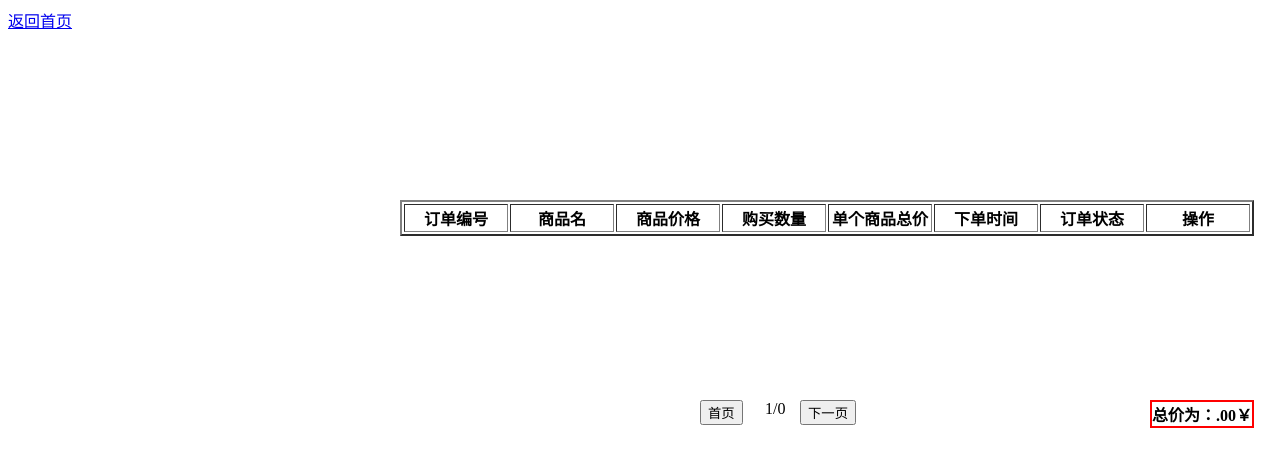
Repository: Gale-student/Gale-student.github.io
Page: http://localhost/weshop/OrdersDetailUnpaidQueryServlet
These files come from the project's save history. The page is drawn as it stood at one moment and after the next save; the edit follows.
The browser window is 1280 px wide. The pictures show the whole page.
The page is served by Tomcat 9. Other server files are loaded and not shown. Queries for data that is not in the repository find no rows.

Above is the page before, as saved 2022-10-05 13:14:54.

### WeShop/weshop/WebRoot/WEB-INF/jsp/OrdersUnpaidQueryOfUser.jsp
<%@ page language="java" import="java.util.*,com.company.entity.*" pageEncoding="utf-8"%>
<%
String path = request.getContextPath();
String basePath = request.getScheme()+"://"+request.getServerName()+":"+request.getServerPort()+path+"/";
%>

<!DOCTYPE HTML PUBLIC "-//W3C//DTD HTML 4.01 Transitional//EN">
<html>
  <head>
    <base href="<%=basePath%>">

    <title>My JSP 'OrdersUnpaidQueryOfUser.jsp' starting page</title>

	<meta http-equiv="pragma" content="no-cache">
	<meta http-equiv="cache-control" content="no-cache">
	<meta http-equiv="expires" content="0">
	<meta http-equiv="keywords" content="keyword1,keyword2,keyword3">
	<meta http-equiv="description" content="This is my page">
	<!--
	<link rel="stylesheet" type="text/css" href="styles.css">
	-->
  <%
      List<OrdersDetail> ordersDetailList = (List<OrdersDetail>)request.getAttribute("ordersDetailList");

      int currentPage = (Integer) session.getAttribute("currentPage");
      int allPage = (Integer) session.getAttribute("allPage");

      String upPage = "上一页";
      String downPage = "下一页";
      if(currentPage == 1){
         upPage = "首页";
      }
      if(currentPage == allPage){
         downPage = "尾页";
      }

      String totalPrice = (String) request.getAttribute("totalPrice");
      if(totalPrice == null){
         totalPrice = "";
      }
   %>
    <style type="text/css">
     th{
        width: 100px;
     }
     td{
        width: 100px;
     }
   </style>
  </head>

  <body>
   <a href="ShoppingHomePage.jsp">返回首页</a>
    <table style="position: absolute; left: 400px; top: 200px; text-align: center;" border="2" cellspacing="2">
       <tr>
          <th>订单编号</th>
          <th>商品名</th>
          <th>商品价格</th>
          <th>购买数量</th>
          <th>单个商品总价</th>
          <th>下单时间</th>
          <th>订单状态</th>
          <th>操作</th>
       </tr>
       <%for(int i = 0; i < ordersDetailList.size(); i ++){ %>
       <tr>
          <td><%=ordersDetailList.get(i).getOid() %></td>
          <td><%=ordersDetailList.get(i).getSname() %></td>
          <td><%=ordersDetailList.get(i).getSprice() %>.00￥</td>
          <td><%=ordersDetailList.get(i).getQuantity() %>.0</td>
          <td><%=ordersDetailList.get(i).getShopPrice() %>.00￥</td>
          <td><%=ordersDetailList.get(i).getDate() %></td>
          <td><%=ordersDetailList.get(i).getStatus() %></td>
          <td>
             <form action="OrdersCancelOfUserServlet" method="post">
                <input style="position: absolute; visibility: hidden;" type="text" value=<%=ordersDetailList.get(i).getOid() %> name="oid">
                <input type="submit" value="取消订单">
             </form>
          </td>
       </tr>
       <%} %>
    </table>
    <div style="position: absolute; left: 700px; top: 400px;">
    <form action="OrdersDetailUnpaidUpPageServlet" method="post">
       <input type="submit" value=<%=upPage %>>
    </form>
    <label style="position: absolute; top: 0px; left: 65px;"><%=currentPage + "/" + allPage %></label>
    <form style="position: absolute; top: 0px; left: 100px;" action="OrdersDetailUnpaidDownPageServlet" method="post">
       <input type="submit" value=<%=downPage %>>
    </form>

    </div>
    <label style="position: absolute; left: 1150px; top: 400px;border: 2px solid red; font-weight: bolder;">总价为：<%=totalPrice %>.00￥</label>
  </body>
</html>

### WeShop/weshop/src/com/company/controller/OrdersDetailUnpaidQueryServlet.java
package com.company.controller;

import java.io.IOException;
import java.io.PrintWriter;
import java.util.List;

import javax.servlet.ServletException;
import javax.servlet.http.HttpServlet;
import javax.servlet.http.HttpServletRequest;
import javax.servlet.http.HttpServletResponse;
import javax.servlet.http.HttpSession;

import com.company.entity.OrdersDetail;
import com.company.service.OrdersService;
import com.company.service.OrdersServiceImpl;

public class OrdersDetailUnpaidQueryServlet extends HttpServlet {

	/**
	 * The doGet method of the servlet. <br>
	 *
	 * This method is called when a form has its tag value method equals to get.
	 *
	 * @param request the request send by the client to the server
	 * @param response the response send by the server to the client
	 * @throws ServletException if an error occurred
	 * @throws IOException if an error occurred
	 */
	public void doGet(HttpServletRequest request, HttpServletResponse response)
			throws ServletException, IOException {

		doPost(request, response);
	}

	/**
	 * The doPost method of the servlet. <br>
	 *
	 * This method is called when a form has its tag value method equals to post.
	 *
	 * @param request the request send by the client to the server
	 * @param response the response send by the server to the client
	 * @throws ServletException if an error occurred
	 * @throws IOException if an error occurred
	 */
	public void doPost(HttpServletRequest request, HttpServletResponse response)
			throws ServletException, IOException {

		HttpSession hs = request.getSession();
		String uid = (String)hs.getAttribute("uid");
		OrdersService ordersService = new OrdersServiceImpl();
		try {
			List<OrdersDetail> ordersDetailList = ordersService.queryOrdersDetailUnpaid(uid, 0);
			int allRows = ordersService.OrdersDetailUnpaidAllRows(uid);
			int allPage = allRows / 3;
			if(allRows % 3 != 0){
				allPage ++;
			}
			String totalPrice = ordersService.queryTotalPriceOfUserUnpaidOrders(uid);
			request.setAttribute("totalPrice", totalPrice);
			hs.setAttribute("allPage", allPage);
			hs.setAttribute("currentPage", 1);
			request.setAttribute("ordersDetailList", ordersDetailList);
			request.getRequestDispatcher("WEB-INF/jsp/OrdersUnpaidQueryOfUser.jsp").forward(request, response);
		} catch (Exception e) {
			// TODO Auto-generated catch block
			e.printStackTrace();
		}

	}

}

### WeShop/weshop/src/com/company/service/OrdersServiceImpl.java
package com.company.service;

import java.util.List;

import com.company.dao.OrdersDao;
import com.company.dao.OrdersDaoImpl;
import com.company.entity.Orders;
import com.company.entity.OrdersDetail;

public class OrdersServiceImpl implements OrdersService {
	private OrdersDao ordersDao = new OrdersDaoImpl();

    //获取订单表总行数
	public int OrdersAllRows() throws Exception {
		int ordersAllRows = ordersDao.OrdersAllRows();
		return ordersAllRows;
	}

    //添加订单(购买 下单 默认未支付状态)
	public void addOrders(String uid, String sid, String quantity)
			throws Exception {
		ordersDao.insertOrders(uid, sid, quantity);
	}

    //取消订单
	public void cancelOrders(String oid) throws Exception {
		ordersDao.deleteOrders(oid);
	}

    //订单表分页
	public List<Orders> ordersPagingQuery(int page) throws Exception {
		List<Orders> ordersList = ordersDao.ordersPaging(page * 3, 3);
		return ordersList;
	}

    //根据订单编号查订单
	public List<Orders> queryOrdersByOid(String oid) throws Exception {
		List<Orders> ordersList = ordersDao.selectOrdersByOid(oid);
		return ordersList;
	}

    //查看未支付订单
	public List<Orders> queryOrdersByStatusUnpaid() throws Exception {
		List<Orders> ordersList = ordersDao.selectOrdersByStatusUnpaid();
		return ordersList;
	}

	//通过用户ID查订单
	public List<Orders> queryOrdersByUid(String uid) throws Exception {
		List<Orders> ordersList = ordersDao.selectOrdersByUid(uid);
		return ordersList;
	}

	//修改商品数量
	public void modifyQuantity(String sid, String quantity) throws Exception {
		ordersDao.updateQuantity(sid, quantity);
	}

	//查找所有订单
	public List<Orders> queryAllOrders() throws Exception {
		List<Orders> ordersList = ordersDao.selectAllOrders();
		return ordersList;
	}

	//查看用户所有订单详情
	public List<OrdersDetail> selectOrdersDetail(String uid, int page) throws Exception {
		List<OrdersDetail> ordersDetailList = ordersDao.selectOrdersDetail(uid, page * 3, 3);
		return ordersDetailList;
	}

	//获取用户订单表总行数
	public int OrdersDetailAllRows(String uid) throws Exception {
		int ordersDetailAllRows = ordersDao.OrdersDetailAllRows(uid);
		return ordersDetailAllRows;
	}

	//获取用户未支付订单总行数
	public int OrdersDetailUnpaidAllRows(String uid) throws Exception {
		int ordersDetailUnpaidAllRows = ordersDao.OrdersDetailUnpaidAllRows(uid);
		return ordersDetailUnpaidAllRows;
	}

	//查看用户未支付订单详情
	public List<OrdersDetail> queryOrdersDetailUnpaid(String uid, int page) throws Exception {
		List<OrdersDetail> ordersDetaiUnpaidlList = ordersDao.selectOrdersDetailUnpaid(uid, page * 3, 3);
		return ordersDetaiUnpaidlList;
	}

	//
	public String queryTotalPriceOfUserUnpaidOrders(String uid)
			throws Exception {
		String totalPrice = ordersDao.selectTotalPriceOfUserUnpaidOrders(uid);
		return totalPrice;
	}


}

### WeShop/weshop/src/com/company/dao/OrdersDao.java
package com.company.dao;

import java.util.List;

import com.company.entity.Orders;
import com.company.entity.OrdersDetail;

public interface OrdersDao {
	//删除订单(取消订单)
	public void deleteOrders(String oid) throws Exception;
	//订单表分页
	public List<Orders> ordersPaging(int offset, int count) throws Exception;
	//获取订单表总行数
	public int OrdersAllRows() throws Exception;
	//根据订单号查找订单
	public List<Orders> selectOrdersByOid(String oid) throws Exception;
	//查看未支付订单
	public List<Orders> selectOrdersByStatusUnpaid() throws Exception;
	//用户下单(添加订单)
	public void insertOrders(String uid, String sid, String quantity) throws Exception;
	//根据用户ID查订单
	public List<Orders> selectOrdersByUid(String uid) throws Exception;
	//更新订单中商品数量
	public void updateQuantity(String sid, String quantity) throws Exception;
	//查寻所有订单
	public List<Orders> selectAllOrders() throws Exception;
	//订单详情表分页(用户)
	public List<OrdersDetail> selectOrdersDetail(String uid, int offset, int count) throws Exception;
	//获取用户订单表总行数
	public int OrdersDetailAllRows(String uid) throws Exception;
	//用户未支付订单分页查询
	public List<OrdersDetail> selectOrdersDetailUnpaid(String uid, int offset, int count) throws Exception;
	//获取用户未支付订单表总行数
	public int OrdersDetailUnpaidAllRows(String uid) throws Exception;
	//获取所有未支付订单的总价
	public String selectTotalPriceOfUserUnpaidOrders(String uid) throws Exception;
}

### WeShop/weshop/src/com/company/dao/OrdersDaoImpl.java
package com.company.dao;

import java.sql.Connection;
import java.sql.Date;
import java.sql.DriverManager;
import java.sql.PreparedStatement;
import java.sql.ResultSet;
import java.text.DateFormat;
import java.util.ArrayList;
import java.util.List;

import com.company.entity.Orders;
import com.company.entity.OrdersDetail;
import com.company.entity.User;

public class OrdersDaoImpl implements OrdersDao {
	private String url = "jdbc:mysql://localhost:3306/test?characterEncoding=utf-8";
    private String username = "root";
    private String password = "root";

    //获取订单表总行数(管理员)
	public int OrdersAllRows() throws Exception {
		Class.forName("com.mysql.jdbc.Driver");
		Connection conn = DriverManager.getConnection(url, username, password);
		String sql = " select count(*) as rows from orders ";
		PreparedStatement ps = conn.prepareStatement(sql);
		ResultSet rs = ps.executeQuery();
		rs.next();
		int rows = rs.getInt("rows");
		return rows;
	}

    //删除订单(管理员)
	public void deleteOrders(String oid) throws Exception {
		Class.forName("com.mysql.jdbc.Driver");
		Connection conn = DriverManager.getConnection(url, username, password);
		String sql = " delete from orders where oid = ? ";
		PreparedStatement ps = conn.prepareStatement(sql);
		ps.setString(1, oid);
		ps.execute();
		conn.close();

	}

    //订单表分页(管理员)
	public List<Orders> ordersPaging(int offset, int count) throws Exception {
		Class.forName("com.mysql.jdbc.Driver");
		Connection conn = DriverManager.getConnection(url, username, password);
		String sql = " select * from orders limit ?, ? ";
		PreparedStatement ps = conn.prepareStatement(sql);
		ps.setInt(1, offset);
		ps.setInt(2, count);
		ResultSet rs = ps.executeQuery();
		List<Orders> ordersList = new ArrayList<Orders>();
		while(rs.next()){
			String oid = rs.getString("oid");
			String uid = rs.getString("uid");
			String sid = rs.getString("sid");
			String quantity = rs.getString("quantity");
			String date = rs.getString("date");
			String status = rs.getString("status");
			Orders orders = new Orders();
			orders.setOid(oid);
			orders.setUid(uid);
			orders.setSid(sid);
			orders.setQuantity(quantity);
			orders.setDate(date);
			orders.setStatus(status);
            ordersList.add(orders);
		}
		return ordersList;
	}

    //根据订单号查找订单(管理员)
	public List<Orders> selectOrdersByOid(String oid) throws Exception {
		Class.forName("com.mysql.jdbc.Driver");
		Connection conn = DriverManager.getConnection(url, username, password);
		String sql = " select * from orders where oid = ? ";
		PreparedStatement ps = conn.prepareStatement(sql);
		ps.setString(1, oid);
		ResultSet rs = ps.executeQuery();
		List<Orders> ordersList = new ArrayList<Orders>();
		while(rs.next()){
			String uid = rs.getString("uid");
			String sid = rs.getString("sid");
			String quantity = rs.getString("quantity");
			String date = rs.getString("date");
			String status = rs.getString("status");
			Orders orders = new Orders();
			orders.setOid(oid);
			orders.setUid(uid);
			orders.setSid(sid);
			orders.setQuantity(quantity);
			orders.setDate(date);
			orders.setStatus(status);
			ordersList.add(orders);
		}
		return ordersList;
	}

    //查看未支付订单(管理员)
	public List<Orders> selectOrdersByStatusUnpaid() throws Exception {
		Class.forName("com.mysql.jdbc.Driver");
		Connection conn = DriverManager.getConnection(url, username, password);
		String sql = " select * from orders where status = '0' ";
		PreparedStatement ps = conn.prepareStatement(sql);
		ResultSet rs = ps.executeQuery();
		List<Orders> ordersList = new ArrayList<Orders>();
		while(rs.next()){
			String oid = rs.getString("oid");
			String uid = rs.getString("uid");
			String sid = rs.getString("sid");
			String quantity = rs.getString("quantity");
			String date = rs.getString("date");
			String status = rs.getString("status");
			Orders orders = new Orders();
			orders.setOid(oid);
			orders.setUid(uid);
			orders.setSid(sid);
			orders.setQuantity(quantity);
			orders.setDate(date);
			orders.setStatus(status);
			ordersList.add(orders);
		}
		return ordersList;
	}

	//添加订单(用户购买)
	public void insertOrders(String uid, String sid, String quantity) throws Exception {
		Class.forName("com.mysql.jdbc.Driver");
		Connection conn = DriverManager.getConnection(url, username, password);

		System.currentTimeMillis();
		String oid = "" + System.currentTimeMillis();
		String sql = " insert into orders values ( ?, ?, ?, ?, now(), 0 ) ";
		PreparedStatement ps = conn.prepareStatement(sql);
		ps.setString(1, oid);
		ps.setString(2, uid);
		ps.setString(3, sid);
		ps.setString(4, quantity);
		ps.execute();
		conn.close();

	}

	//根据用户ID查询订单(管理员)
	public List<Orders> selectOrdersByUid(String uid) throws Exception {
		Class.forName("com.mysql.jdbc.Driver");
		Connection conn = DriverManager.getConnection(url, username, password);
		String sql = " select * from orders where uid = ? ";
		PreparedStatement ps = conn.prepareStatement(sql);
		ps.setString(1, uid);
		ResultSet rs = ps.executeQuery();
		List<Orders> ordersList = new ArrayList<Orders>();
		while(rs.next()){
			String oid = rs.getString("oid");
			String sid = rs.getString("sid");
			String quantity = rs.getString("quantity");
			String date = rs.getString("date");
			String status = rs.getString("status");
			Orders orders = new Orders();
			orders.setOid(oid);
			orders.setUid(uid);
			orders.setSid(sid);
			orders.setQuantity(quantity);
			orders.setDate(date);
			orders.setStatus(status);
			ordersList.add(orders);
		}
		return ordersList;
	}

	//更新订单中商品数量(用户 添加相同商品)
	public void updateQuantity(String sid, String quantity) throws Exception {
		Class.forName("com.mysql.jdbc.Driver");
		Connection conn = DriverManager.getConnection(url, username, password);
		String sql = " update orders set quantity = quantity + ? where sid = ? and status = 0 ";
		PreparedStatement ps = conn.prepareStatement(sql);
		ps.setString(1, quantity);
		ps.setString(2, sid);
		ps.execute();
		conn.close();
	}

	//查询所有订单(管理员)
	public List<Orders> selectAllOrders() throws Exception {
		Class.forName("com.mysql.jdbc.Driver");
		Connection conn = DriverManager.getConnection(url, username, password);
		String sql = " select * from orders ";
		PreparedStatement ps = conn.prepareStatement(sql);
		ResultSet rs = ps.executeQuery();
		List<Orders> ordersList = new ArrayList<Orders>();
		while(rs.next()){
			String oid = rs.getString("oid");
			String uid = rs.getString("uid");
			String sid = rs.getString("sid");
			String quantity = rs.getString("quantity");
			String date = rs.getString("date");
			String status = rs.getString("status");
			Orders orders = new Orders();
			orders.setOid(oid);
			orders.setUid(uid);
			orders.setSid(sid);
			orders.setQuantity(quantity);
			orders.setDate(date);
			orders.setStatus(status);
			ordersList.add(orders);
		}
		return ordersList;
	}

	//用户订单详情表分页
	public List<OrdersDetail> selectOrdersDetail(String uid, int offset, int count) throws Exception {
		Class.forName("com.mysql.jdbc.Driver");
		Connection conn = DriverManager.getConnection(url, username, password);
		String sql = " select o.oid, o.uid, s.sname, s.sprice, o.quantity,  " +
				"(o.quantity * s.sprice) as shopPrice, o.date, o.status from orders " +
				"o inner join shop s where s.sid = o.sid and o.uid = ? limit ?, ? ";
		PreparedStatement ps = conn.prepareStatement(sql);
		ps.setString(1, uid);
		ps.setInt(2, offset);
		ps.setInt(3, count);
		ResultSet rs = ps.executeQuery();
		List<OrdersDetail> ordersDetailList = new ArrayList<OrdersDetail>();
		while(rs.next()){
			String oid = rs.getString("oid");
			String sname = rs.getString("sname");
			String sprice = rs.getString("sprice");
			String quantity = rs.getString("quantity");
			String shopPrice = rs.getString("shopPrice");
			String date = rs.getString("date");
			String status = rs.getString("status");
			OrdersDetail ordersDetail = new OrdersDetail();
			ordersDetail.setOid(oid);
			ordersDetail.setUid(uid);
			ordersDetail.setSname(sname);
			ordersDetail.setSprice(sprice);
			ordersDetail.setQuantity(quantity);
			ordersDetail.setShopPrice(shopPrice);
			ordersDetail.setDate(date);
			ordersDetail.setStatus(status);
			ordersDetailList.add(ordersDetail);
		}
		return ordersDetailList;
	}

	//获取用户订单详情表总行数
	public int OrdersDetailAllRows(String uid) throws Exception {
		Class.forName("com.mysql.jdbc.Driver");
		Connection conn = DriverManager.getConnection(url, username, password);
		String sql = " select count(*) as rows from orders where uid = ? ";
		PreparedStatement ps = conn.prepareStatement(sql);
		ps.setString(1, uid);
		ResultSet rs = ps.executeQuery();
		rs.next();
		int rows = rs.getInt("rows");
		conn.close();
		return rows;
	}

	//获取用户未支付订单总行数
	public int OrdersDetailUnpaidAllRows(String uid) throws Exception {
		Class.forName("com.mysql.jdbc.Driver");
		Connection conn = DriverManager.getConnection(url, username, password);
		String sql = " select count(*) as rows from orders where uid = ? and status = 0 ";
		PreparedStatement ps = conn.prepareStatement(sql);
		ps.setString(1, uid);
		ResultSet rs = ps.executeQuery();
		rs.next();
		int rows = rs.getInt("rows");
		conn.close();
		return rows;
	}

	//查询用户未支付订单
	public List<OrdersDetail> selectOrdersDetailUnpaid(String uid, int offset,
			int count) throws Exception {
		Class.forName("com.mysql.jdbc.Driver");
		Connection conn = DriverManager.getConnection(url, username, password);
		String sql = " select o.oid, o.uid, s.sname, s.sprice, o.quantity,  " +
				"(o.quantity * s.sprice) as shopPrice, o.date, o.status from orders " +
				"o inner join shop s where s.sid = o.sid and o.uid = ? and o.status = 0 limit ?, ? ";
		PreparedStatement ps = conn.prepareStatement(sql);
		ps.setString(1, uid);
		ps.setInt(2, offset);
		ps.setInt(3, count);
		ResultSet rs = ps.executeQuery();
		List<OrdersDetail> ordersDetailList = new ArrayList<OrdersDetail>();
		while(rs.next()){
			String oid = rs.getString("oid");
			String sname = rs.getString("sname");
			String sprice = rs.getString("sprice");
			String quantity = rs.getString("quantity");
			String shopPrice = rs.getString("shopPrice");
			String date = rs.getString("date");
			String status = rs.getString("status");
			OrdersDetail ordersDetail = new OrdersDetail();
			ordersDetail.setOid(oid);
			ordersDetail.setUid(uid);
			ordersDetail.setSname(sname);
			ordersDetail.setSprice(sprice);
			ordersDetail.setQuantity(quantity);
			ordersDetail.setShopPrice(shopPrice);
			ordersDetail.setDate(date);
			ordersDetail.setStatus(status);
			ordersDetailList.add(ordersDetail);
		}
		return ordersDetailList;
	}

	//获取用户未支付订单的总价
	public String selectTotalPriceOfUserUnpaidOrders(String uid)
			throws Exception {
		Class.forName("com.mysql.jdbc.Driver");
		Connection conn = DriverManager.getConnection(url, username, password);
		String sql = " select sum(o.quantity * s.sprice) as totalPrice from orders o inner join shop s where uid = ? and status = 0 ";
		PreparedStatement ps = conn.prepareStatement(sql);
		ps.setString(1, uid);
		ResultSet rs = ps.executeQuery();
		rs.next();
		String totalPrice = rs.getString("totalPrice");
		return totalPrice;
	}

}

After the next save:
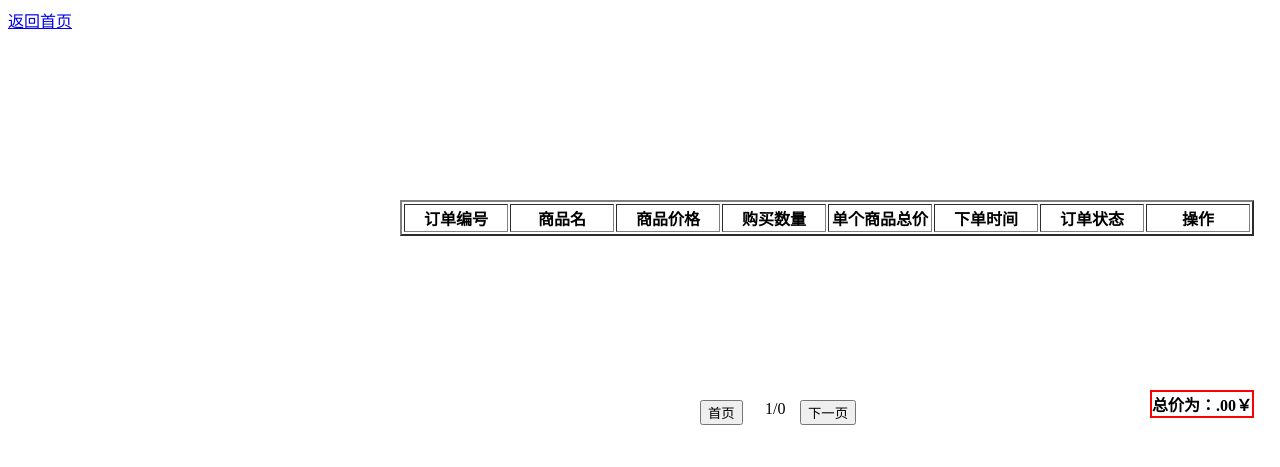
Saved 15 s later.
--- a/WeShop/weshop/WebRoot/WEB-INF/jsp/OrdersUnpaidQueryOfUser.jsp
+++ b/WeShop/weshop/WebRoot/WEB-INF/jsp/OrdersUnpaidQueryOfUser.jsp
@@ -90,6 +90,6 @@ String basePath = request.getScheme()+"://"+request.getServerName()+":"+request.
     </form>
 
     </div>
-    <label style="position: absolute; left: 1150px; top: 400px;border: 2px solid red; font-weight: bolder;">总价为：<%=totalPrice %>.00￥</label>
+    <label style="position: absolute; left: 1150px; top: 390px;border: 2px solid red; font-weight: bolder;">总价为：<%=totalPrice %>.00￥</label>
   </body>
 </html>
